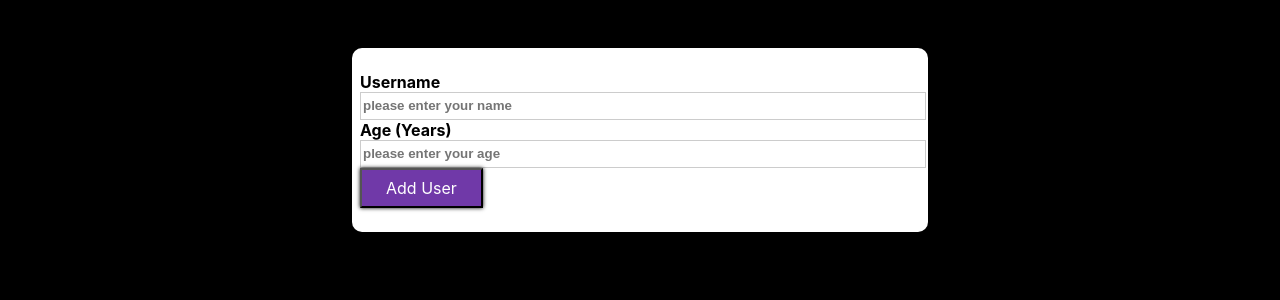
Repository: NamalPathirana/section-eight
Page: /
An editor plug-in stored every save of this project. The page is shown before and after the next save, followed by the edit.
The browser window is 1280 px wide. The pictures show the whole page.
The project was rebuilt for these pictures with package versions that can differ from the ones it lists, and the page was loaded fresh each time.

Above is the page before, as saved 2021-11-26 02:55:37.

After the next save:
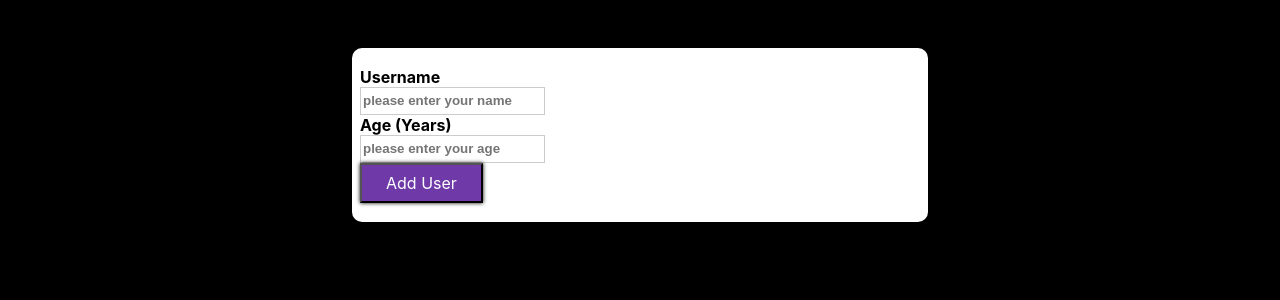
Saved 10 s later.
--- a/src/Components/UserInput/UserInput.module.css
+++ b/src/Components/UserInput/UserInput.module.css
@@ -1,6 +1,6 @@
 .frame{
     margin: 0.5rem 0.5rem;
-    padding: 1.5rem 0.5rem;
+    padding: 1.2rem 0.5rem;
     width: 35rem;
     max-width: 90%;
     margin: 3rem auto;
@@ -15,7 +15,6 @@
     border: 1px solid #ccc;
     line-height: 1.5rem;
     padding: 100 0.25rm;
-    width: 100%;
 }
 
 .frame label{
